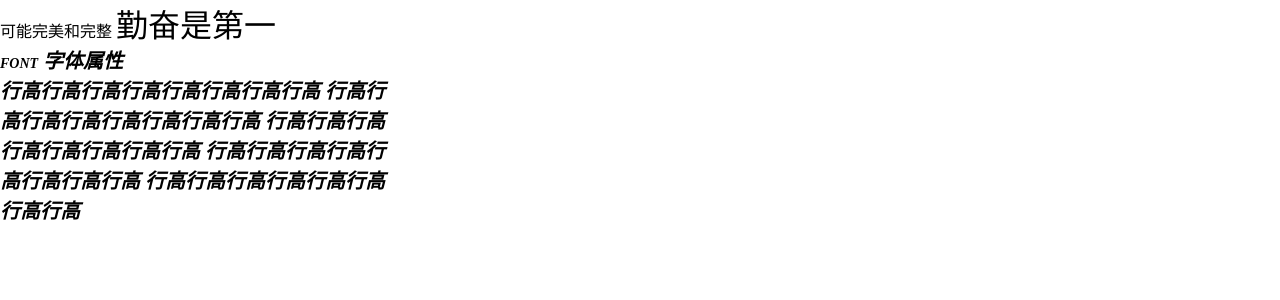
Repository: yuquan1006/-
Page: 02_css/demo.html
An editor plug-in stored every save of this project. The page is shown before and after a run of saves, followed by the edit.
The browser window is 1280 px wide. The pictures show the whole page.

Above is the page before, as saved 2023-06-26 10:58:20.

After the next 2 saves:
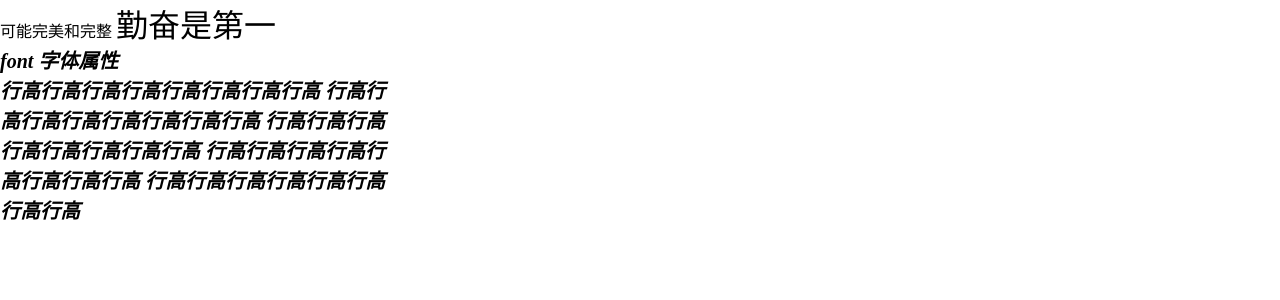
The 2 saves are shown as one change because they came seconds apart.
The last was saved 31 s later.
--- a/02_css/demo.html
+++ b/02_css/demo.html
@@ -16,7 +16,7 @@
             line-height: 200%;      /*行高 行高可以用百分比，表示字号的百分之多少。 一般来说，百分比都是大于100%的，因为行高一定要大于字号。*/
             font-family: 微软雅黑,黑体; 	/*字体类型：如果没有微软雅黑就显示黑体，没有黑体就显示默认*/
             font-style: italic ;		/*italic表示斜体，normal表示不倾斜*/
-            font-weight: bold;	/*粗体*/
+            font-weight: bold;	 /* normal; /*正常*/ 粗体*/
             font-variant: small-caps;  /*小写变大写*/
         }
 

After the 3 saves that followed:
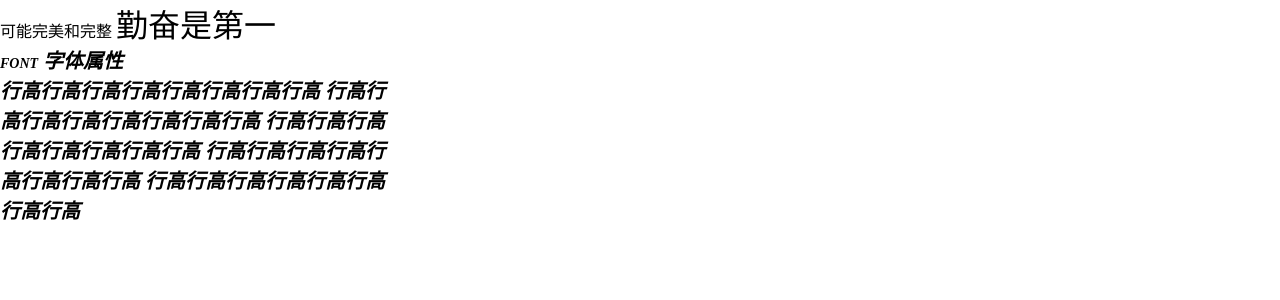
The 3 saves are shown as one change because they came seconds apart.
The last was saved 13 s later.
--- a/02_css/demo.html
+++ b/02_css/demo.html
@@ -16,7 +16,7 @@
             line-height: 200%;      /*行高 行高可以用百分比，表示字号的百分之多少。 一般来说，百分比都是大于100%的，因为行高一定要大于字号。*/
             font-family: 微软雅黑,黑体; 	/*字体类型：如果没有微软雅黑就显示黑体，没有黑体就显示默认*/
             font-style: italic ;		/*italic表示斜体，normal表示不倾斜*/
-            font-weight: bold;	 /* normal; /*正常*/ 粗体*/
+            font-weight: bold;	 /* normal-正常 bold-粗体*/
             font-variant: small-caps;  /*小写变大写*/
         }
 
